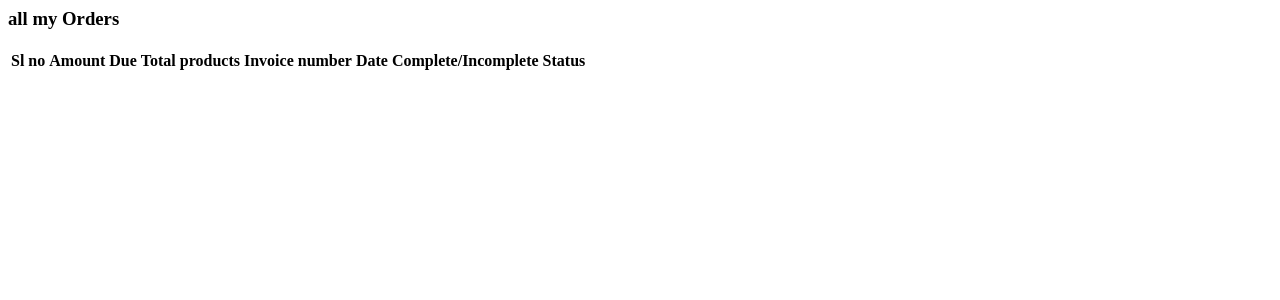
Repository: hahuuchinh2501/ecommerce_web
Page: http://localhost/users_area/user_orders.php
The author's editor kept a copy of each file at every save. The page is drawn from the files as they stood at one save, then again after the next save.
The browser window is 1280 px wide. The pictures show the whole page.
The page is run by PHP 8.4 with error messages shown; the project is at /var/www/html/.

Above is the page before, as saved 2025-03-05 14:26:53.

### users_area/user_orders.php
<html lang="en">
<head>
    <meta charset="UTF-8">
    <meta http-equiv="X-UA-Compatible" content="IE=edge">
    <meta name="viewport" content="width=device-width, initial-scale=1.0">
    <title>Document</title>
</head>
<body>
    <h3 class="text-success"> all my Orders</h3>
    <table class="table table-bordered mt-5" >
        <thead class="bg-info">
             <tr>
        <th>Sl no</th>
        <th>Amount Due</th>
        <th>Total products</th>
        <th>Invoice number</th>
        <th>Date</th>
        <th>Complete/Incomplete</th>
        <th>Status</th>
    </tr>
        </thead>
    </table>
</body>
</html>

After the next save:
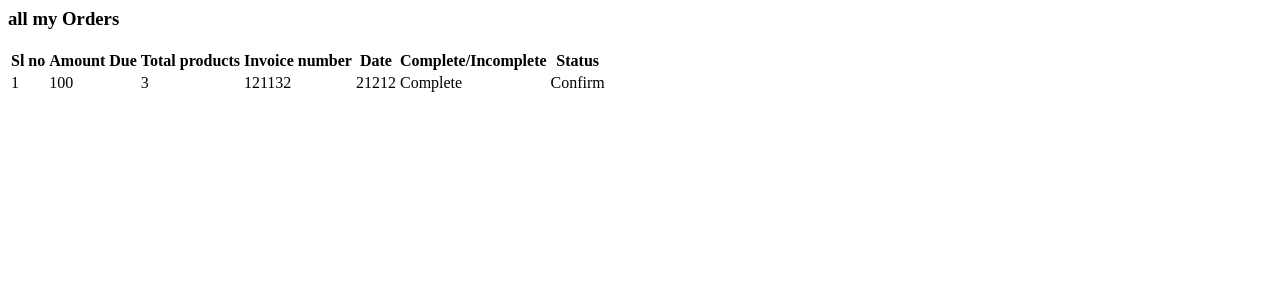
Saved 19 s later.
--- a/users_area/user_orders.php
+++ b/users_area/user_orders.php
@@ -19,6 +19,17 @@
         <th>Status</th>
     </tr>
         </thead>
+        <tbody>
+    <tr>
+        <td>1</td>
+        <td>100</td>
+        <td>3</td>
+        <td>121132</td>
+        <td>21212</td>
+        <td>Complete</td>
+        <td>Confirm</td>
+    </tr>
+</tbody>
     </table>
 </body>
 </html>
